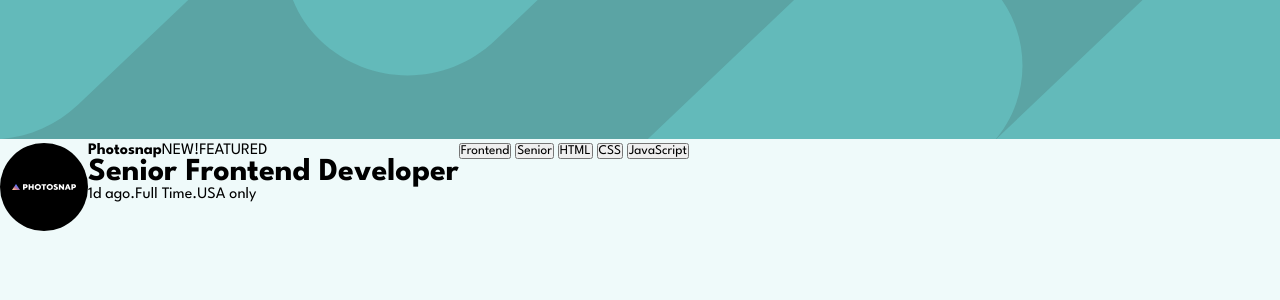
Repository: Eldream12/JobListing
Page: index.html
The author's editor kept a copy of each file at every save. The page is drawn from the files as they stood at one save, then again after the next save.
The browser window is 1280 px wide. The pictures show the whole page.

Above is the page before, as saved 2025-03-31 10:57:12.

### index.html
<!DOCTYPE html>
<html lang="en">
	<head>
		<meta charset="UTF-8" />
		<meta name="viewport" content="width=device-width, initial-scale=1.0" />
		<title>Job Listing</title>
		<link rel="stylesheet" href="style/style.css" />
	</head>

	<body>
		<header>
			<div>
				<img src="Images/bg-header-desktop.svg" alt="NavHeader" />
			</div>
		</header>

		<main>
			<div class="content-carrier">
				<div class="content">
					<div><img src="Images/photosnap.svg" alt="photosnap" /></div>
					<div class="content-text">
						<div class="txt-1">
							<h4>Photosnap</h4>
							<p>NEW!</p>
							<p>FEATURED</p>
						</div>
						<div class="txt-2">
							<h1>Senior Frontend Developer</h1>
						</div>
						<div class="txt-3">
							<p>1d ago</p>
							<p>.</p>
							<p>Full Time</p>
							<p>.</p>
							<p>USA only</p>
						</div>
					</div>
					<div class="btn">
						<button>Frontend</button>
						<button>Senior</button>
						<button>HTML</button>
						<button>CSS</button>
						<button>JavaScript</button>
					</div>
				</div>
			</div>
		</main>
		<footer></footer>
	</body>
</html>

### style/style.css
@import url("https://fonts.googleapis.com/css2?family=League+Spartan:wght@100..900&display=swap");

* {
	font-family: League Spartan;
	margin: 0;
	padding: 0;
	box-sizing: border-box;
}

html body {
  background-color: hsl(180, 52%, 96%);
}

header img {
	width: 100%;
	background-color: hsl(180, 29%, 50%);
}

.content-carrier .content {
  display: flex;
  background-color: ;
}

.content-carrier .content .txt-1 {
  display: flex;
}

.content-carrier .content .txt-3 {
  display: flex;
}

After the next save:
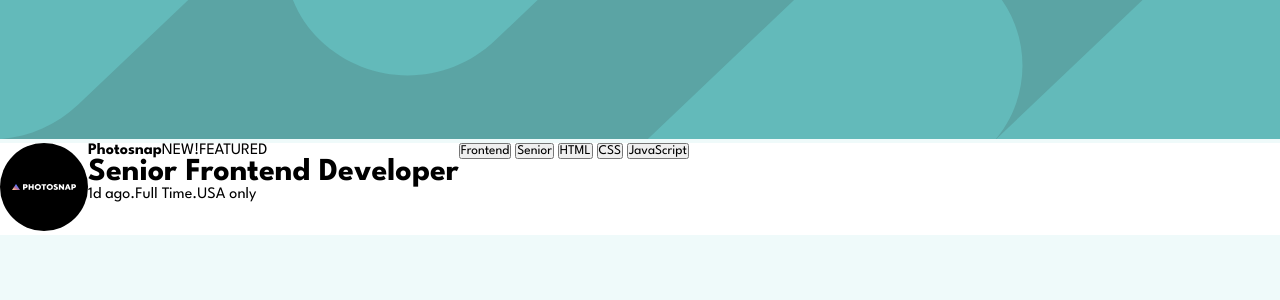
Saved 4 s later.
--- a/style/style.css
+++ b/style/style.css
@@ -18,7 +18,7 @@ header img {
 
 .content-carrier .content {
   display: flex;
-  background-color: ;
+  background-color: #ffffff;
 }
 
 .content-carrier .content .txt-1 {
